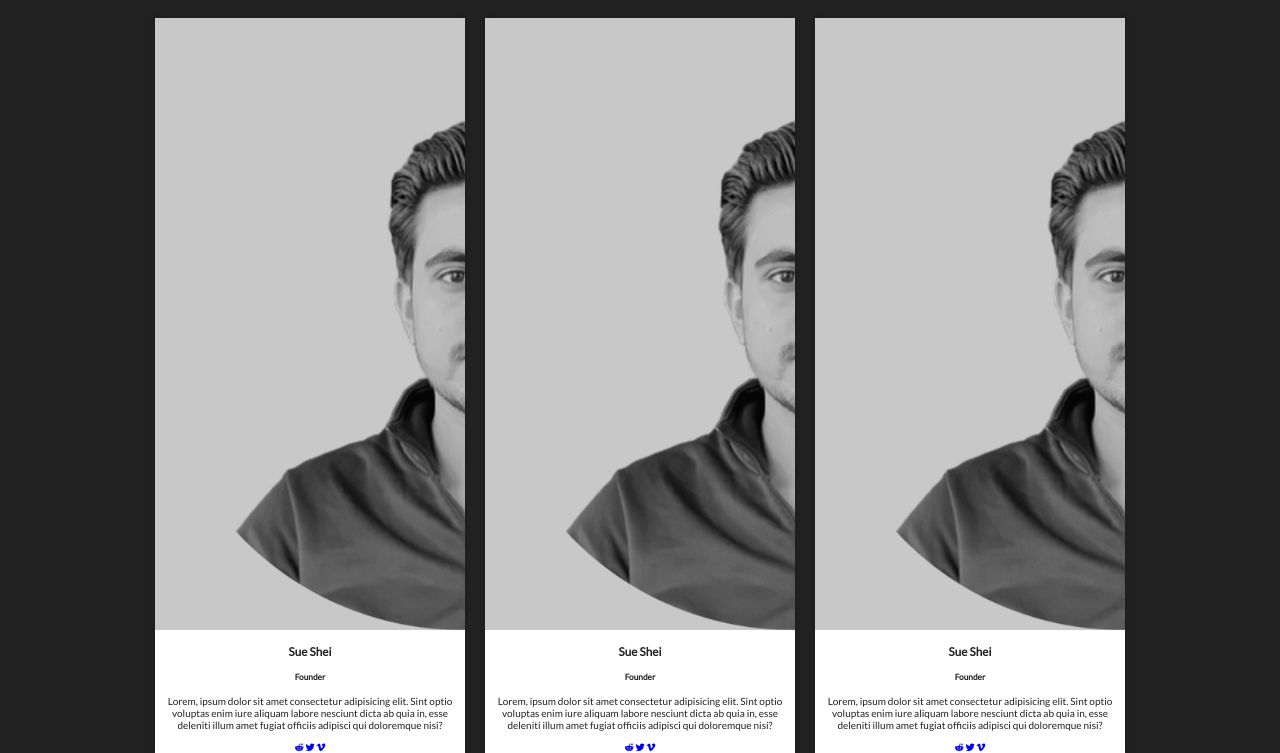
Repository: inzamamahmad3/30-Days-Of-CSS
Page: Day-1/index.html
These files come from the project's save history. The page is drawn as it stood at one moment and after the next save; the edit follows.
The browser window is 1280 px wide. The pictures show the whole page.

Above is the page before, as saved 2023-01-03 20:18:27.

### Day-1/index.html
<!DOCTYPE html>
<html lang="en">
  <head>
    <meta charset="UTF-8" />
    <meta http-equiv="X-UA-Compatible" content="IE=edge" />
    <meta name="viewport" content="width=device-width, initial-scale=1.0" />
    <title>Profile Cards</title>
    <link rel="stylesheet" href="styles.css" />
  </head>
  <body>
    <figure class="card">
      <div class="profile-image">
        <img src="profile.png" alt="" />
      </div>
      <figcaption>
        <h3>Sue Shei</h3>
        <h5>Founder</h5>
        <p>
          Lorem, ipsum dolor sit amet consectetur adipisicing elit. Sint optio
          voluptas enim iure aliquam labore nesciunt dicta ab quia in, esse
          deleniti illum amet fugiat officiis adipisci qui doloremque nisi?
        </p>
        <div class="icons">
          <a href="#"><i class="ion-social-reddit"></i></a>
          <a href="#"><i class="ion-social-twitter"></i></a>
          <a href="#"><i class="ion-social-vimeo"></i></a>
        </div>
      </figcaption>
    </figure>
    <figure class="card">
      <div class="profile-image">
        <img src="profile.png" alt="" />
      </div>
      <figcaption>
        <h3>Sue Shei</h3>
        <h5>Founder</h5>
        <p>
          Lorem, ipsum dolor sit amet consectetur adipisicing elit. Sint optio
          voluptas enim iure aliquam labore nesciunt dicta ab quia in, esse
          deleniti illum amet fugiat officiis adipisci qui doloremque nisi?
        </p>
        <div class="icons">
          <a href="#"><i class="ion-social-reddit"></i></a>
          <a href="#"><i class="ion-social-twitter"></i></a>
          <a href="#"><i class="ion-social-vimeo"></i></a>
        </div>
      </figcaption>
    </figure>
    <figure class="card">
      <div class="profile-image">
        <img src="profile.png" alt="" />
      </div>
      <figcaption>
        <h3>Sue Shei</h3>
        <h5>Founder</h5>
        <p>
          Lorem, ipsum dolor sit amet consectetur adipisicing elit. Sint optio
          voluptas enim iure aliquam labore nesciunt dicta ab quia in, esse
          deleniti illum amet fugiat officiis adipisci qui doloremque nisi?
        </p>
        <div class="icons">
          <a href="#"><i class="ion-social-reddit"></i></a>
          <a href="#"><i class="ion-social-twitter"></i></a>
          <a href="#"><i class="ion-social-vimeo"></i></a>
        </div>
      </figcaption>
    </figure>
  </body>
</html>

### Day-1/styles.css
@import url(https://fonts.googleapis.com/css?family=Lato);
@import url(https://fonts.googleapis.com/css?family=Oswald);
@import url(https://code.ionicframework.com/ionicons/2.0.1/css/ionicons.min.css);
body {
  background-color: #212121;
  height: 95vh;
  display: flex;
  align-items: center;
  justify-content: center;
  flex-wrap: wrap;
}
.card {
  font-family: "Lato", Arial, Helvetica, sans-serif;
  position: relative;
  display: inline-block;
  overflow: hidden;
  margin: 10px;
  min-width: 250px;
  max-width: 310px;
  width: 100%;
  background-color: #fff;
  color: #212121;
  text-align: center;
  font-size: 10px;
  box-shadow: 0 0 5px rgba(0, 0, 0, 0.15);
}

.card * {
  box-sizing: border-box;
  -webkit-box-sizing: border-box;
}

After the next save:
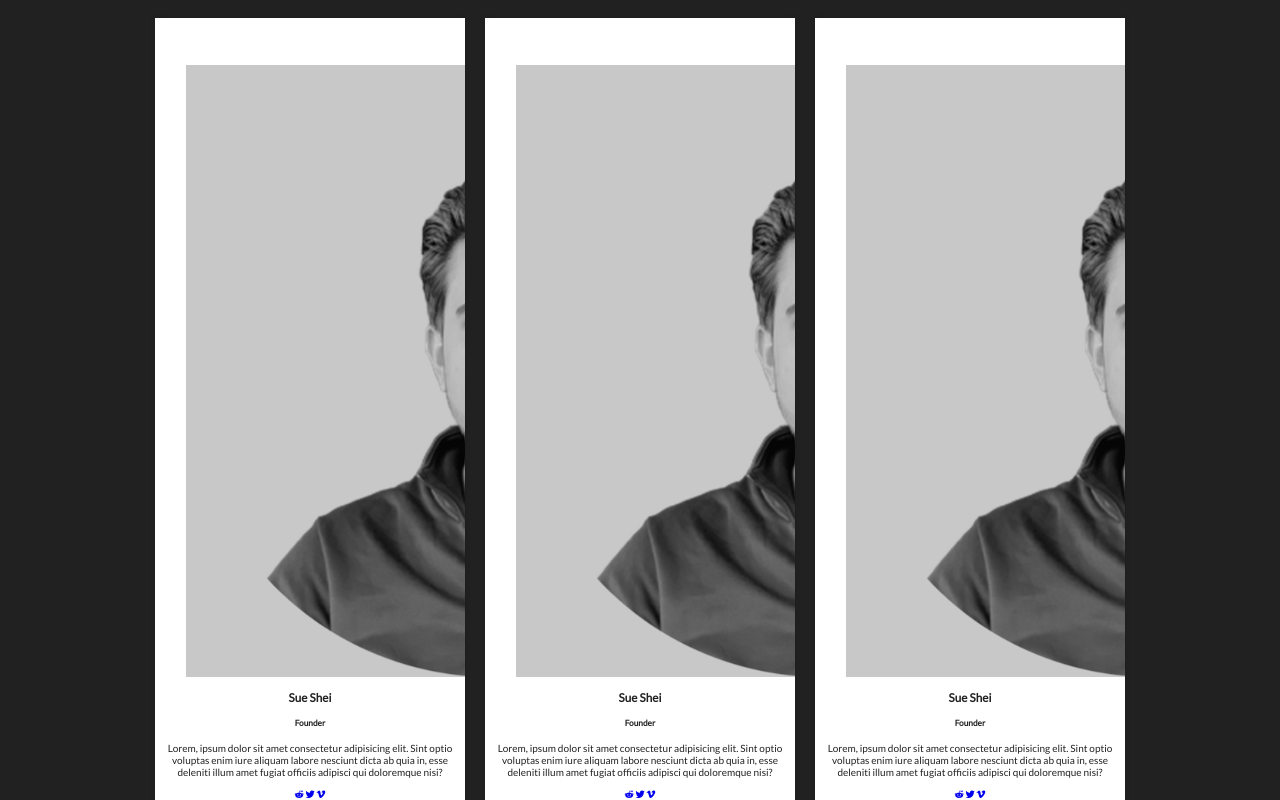
Saved 62 s later.
--- a/Day-1/styles.css
+++ b/Day-1/styles.css
@@ -29,3 +29,6 @@ body {
   box-sizing: border-box;
   -webkit-box-sizing: border-box;
 }
+.card .profile-image {
+  padding: 15% 10% 0;
+}
